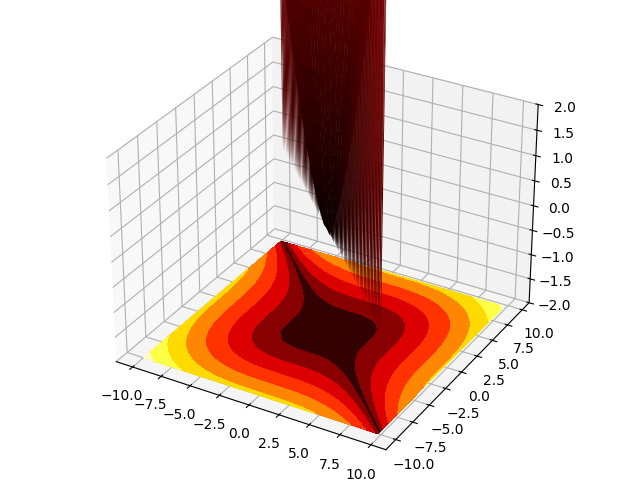
Repository: Jaamunozr/Archivos-python
Script's output: python Archivos Python/Graficas/tierras.py
The author's editor kept a copy of each file at every save. The script's output is drawn from the files as they stood at one save, then again after the next save.
Random numbers start from a fixed seed.

Above is the script's output before, as saved 2020-02-19 11:42:22.

### Archivos Python/Graficas/tierras.py
import os
import pylab as pl
import numpy as np
from mpl_toolkits.mplot3d import Axes3D
os.system("clear")

fig = pl.figure()
axx = Axes3D(fig)
raiz=np.sqrt
ln=np.log

X = np.arange(-10, 10, 0.25)
Y = np.arange(-10, 10, 0.25)
X, Y = np.meshgrid(X, Y)

ax, ay = 0.5, 0.5
bx, by = 4.5, 0.4
cx, cy = 8.5, 0.5
dx, dy = 0.5, 4.5
ex, ey = 8.5, 4.5
fx, fy = 0.5, 8.5
gx, gy = 4.5, 8.5
hx, hy = 8.5, 8.5
l = 2

ma=raiz((X-ax)**2+(Y-ay)**2)

print(ax)
print(ay)
Z = raiz(abs(X ** 3 + Y ** 3))

axx.plot_surface(X, Y, Z, rstride=1, cstride=1, cmap=pl.cm.hot)
axx.contourf(X, Y, Z, zdir='z', offset=-2, cmap=pl.cm.hot)
axx.set_zlim(-2, 2)

pl.show()

After the next save:
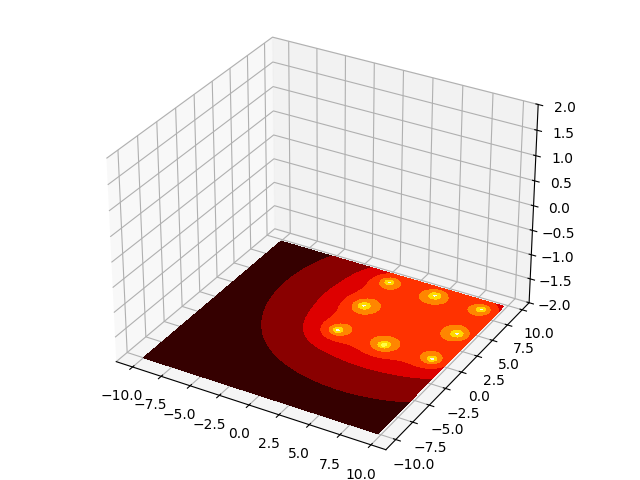
Saved 8 min 47 s later.
--- a/Archivos Python/Graficas/tierras.py
+++ b/Archivos Python/Graficas/tierras.py
@@ -22,15 +22,37 @@ fx, fy = 0.5, 8.5
 gx, gy = 4.5, 8.5
 hx, hy = 8.5, 8.5
 l = 2
+rho= 100
+ik=25
 
 ma=raiz((X-ax)**2+(Y-ay)**2)
+mb=raiz((X-bx)**2+(Y-by)**2)
+mc=raiz((X-cx)**2+(Y-cy)**2)
+md=raiz((X-dx)**2+(Y-dy)**2)
+me=raiz((X-ex)**2+(Y-ey)**2)
+mf=raiz((X-fx)**2+(Y-fy)**2)
+mg=raiz((X-gx)**2+(Y-gy)**2)
+mh=raiz((X-hx)**2+(Y-hy)**2)
+
+va=ln((l+raiz(ma**2+l**2))/ma)
+vb=ln((l+raiz(mb**2+l**2))/mb)
+vc=ln((l+raiz(mc**2+l**2))/mc)
+vd=ln((l+raiz(md**2+l**2))/md)
+ve=ln((l+raiz(me**2+l**2))/me)
+vf=ln((l+raiz(mf**2+l**2))/mf)
+vg=ln((l+raiz(mg**2+l**2))/mg)
+vh=ln((l+raiz(mh**2+l**2))/mh)
+
+Vt=((rho*ik)/(2*np.pi))*(va+vb+vc+vd+ve+vf+vg+vh)
+
+
 
 print(ax)
 print(ay)
 Z = raiz(abs(X ** 3 + Y ** 3))
 
-axx.plot_surface(X, Y, Z, rstride=1, cstride=1, cmap=pl.cm.hot)
-axx.contourf(X, Y, Z, zdir='z', offset=-2, cmap=pl.cm.hot)
+axx.plot_surface(X, Y, Vt, rstride=1, cstride=1, cmap=pl.cm.hot)
+axx.contourf(X, Y, Vt, zdir='z', offset=-2, cmap=pl.cm.hot)
 axx.set_zlim(-2, 2)
 
 pl.show()
